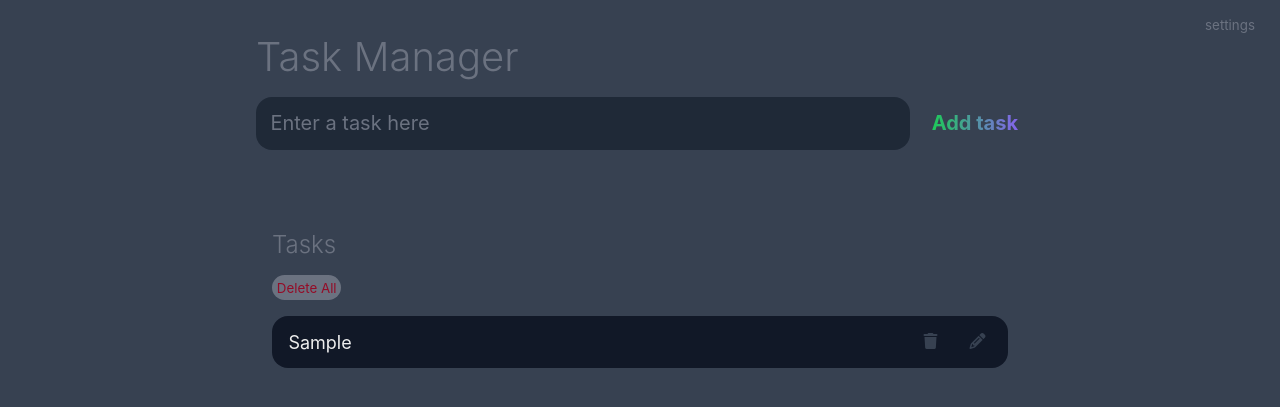
Repository: Herschenglime/todo-list-exercise
Page: index.html
These files come from the project's save history. The page is drawn as it stood at one moment and after the next save; the edit follows.
The browser window is 1280 px wide. The pictures show the whole page.
Empty fields were first filled with sample values (such as "Sample", 5 or name@example.com).
After loading, the first visible `#new-task-form` was submitted once.
Some web libraries are served in a nearby version.

Above is the page before, as saved 2022-05-27 18:36:41.

### index.html
<!DOCTYPE html>
<html lang="en">
<head>
    <meta charset="UTF-8">
    <meta http-equiv="X-UA-Compatible" content="IE=edge">
    <meta name="viewport" content="width=device-width, initial-scale=1.0">
    <title>Task Manager</title>
    <link rel="stylesheet" href="sytles.css">
    <script src="https://kit.fontawesome.com/8f66459c5a.js" crossorigin="anonymous"></script>
</head>
<body>
    <nav class="navbar">
        <div class="navbar__container">
            <button id="settings" onclick="toggleSettings()"> settings </button>
        </div>
    </nav>

    <header>
        <h1>Task Manager</h1>
        <form id="new-task-form">
            <input
                type="text"
                id="new-task-input"
                placeholder="Enter a task here" />
            <input
                type="submit"
                id="new-task-submit"
                value="Add task" />
        </form>
    </header>

    <main>
        <section class="task-list">
            <h2>Tasks</h2>
            <div class="overall">
                <button id="delete_all">Delete All</button>
                <button id="print_all">Print All</button>
                <button id="drawTasks_button">drawTasks()</button>

            </div>

            <div id="tasks"></div>
        </section>

    <div class="popup" id="settings_popup">
        <div class="overlay" onclick="toggleSettings()"></div>
        <div class="content">
            <div class="close_button" onclick="toggleSettings()">&times;</div>
            <h1>Allow Duplicates?</h1>
            <p1>Automatically delete duplicate entries?</p1>
            <div class="buttons">
                <button id="toggle_duplicates" onclick="toggleDuplicates()">toggle duplicates</button>
                <button id="joke_button">tell me a joke</button>
            </div>
        </div>
    </div>

    <script src="app.js"></script>
</body>
</html>

### sytles.css
:root {
    --dark: #374151;
    --darker: #1f2937;
    --darkest: #111827;
    --gray: #6b7280;
    --light: #EEE;
    --pink: #EC4899;
    --purple: #8B5Cf6;
    --green: #16d14e;
    --red: rgb(148, 12, 39);
}

* {
    box-sizing: border-box;
    margin: 0;
    font-family: -apple-system, BlinkMacSystemFont, 'Segoe UI', Roboto, Oxygen, Ubuntu, Cantarell, 'Open Sans', 'Helvetica Neue', sans-serif;
}

body {
    display: flex;
    flex-direction: column;
    min-height: 100vh;
    background: var(--dark);
    color: white;
}

header {
    padding: 2rem 1rem;
    max-width: 800px;
    width: 100%;
    margin: 0 auto;
}

header h1 {
    font-size: 2.5rem;
    font-weight: 300;
    color: var(--gray);
    margin-bottom: 1rem;
}

#new-task-form {
    display: flex;
}

input, button {
    appearance: none;
    border: none;
    outline: none;
    background: none;
}

#new-task-input {
    flex: 1 1 0%;
    background-color: var(--darker);
    padding: .9rem;
    border-radius: 1rem;
    margin-right: 1rem;
    color: var(--light);
    font-size: 1.25rem;
}

#new-task-input::placeholder {
    color: var(--gray);
}

#new-task-submit {
    color: var(--green);
    font-size: 1.25rem;
    font-weight: 700;
    background-image: linear-gradient(to right, var(--green), var(--purple));
    -webkit-background-clip: text;
    -webkit-text-fill-color: transparent;
    cursor: pointer;
    /* transition: 0.4s; */
}

#new-task-submit:hover {
    opacity: 0.8;
}

#new-task-submit:active {
    opacity: 0.67;
}

#settings {
    color: var(--gray);
    position: absolute;
    margin-top: 1rem;
    right: 0px;
    width: 100px;
    cursor: pointer;
}

#settings:hover {
    opacity: 0.8;
}

#settings:active {
    opacity: 0.67;
}

.popup .overlay {
    position:fixed;
    top: 0rem;
    left: 0rem;
    width: 100vw;
    height: 100vh;
    background: rgba(0, 0, 0, 0.7);
    z-index: 1;
    display: none;
}

.popup .content {
    position: absolute;
    top: 50%;
    left: 50%;
    transform: translate(-50%, -50%) scale(0);
    background: var(--gray);
    width: 35rem;
    height: 43rem;
    z-index: 2;
    text-align: center;
    padding: 2rem;
    box-sizing: border-box;
}

.popup .close_button {
    cursor: pointer;
    position: absolute;
    right: 1.5rem;
    top: 1.5rem;
    width: 2rem;
    height: 2rem;
    background: var(--darker);
    color: var(--white);
    font-size: 1.5rem;
    font-weight: .6rem;
    line-height: 2rem;
    text-align: center;
}

.popup.active .overlay {
    display:block;
}

.popup.active .content {
    transition: all 85ms ease-in-out;
    transform: translate(-50%, -50%) scale(1);
}

.popup .content .buttons #toggle_duplicates,#joke_button{
    border-radius: 1rem;
    background-color: var(--darker);
    color: var(--light);
    margin-top: 1rem;
    padding: .5rem;
    cursor: pointer;
    display: block;
    justify-content: center;
    align-items: center;

}


.overall #delete_all {
    /* display: flex;
    flex-direction: column;
    flex: 1 1 0%; */
    color: var(--red);
    background-color: var(--gray);
    padding: .3rem;
    border-radius: .8rem;
    margin-right: .5rem;
    margin-bottom: 1rem;
    cursor: pointer;
}

.overall #delete_all:hover {
    opacity: 0.8;
}

.overall #delete_all:active {
    opacity: 0.67;
}
.overall #print_all {
    color: var(--green);
    background-color: var(--gray);
    padding: .3rem;
    border-radius: .8rem;
    margin-bottom: 1rem;
    cursor: pointer;
    display: none;
}

.overall #print_all:hover {
    opacity: 0.8;
}

.overall #print_all:active {
    opacity: 0.67;
}

.overall #drawTasks_button {
    color: yellow;
    background-color: var(--gray);
    padding: .3rem;
    border-radius: .8rem;
    margin-bottom: 1rem;
    margin-left: .5rem;
    cursor: pointer;
    display: none;
}

.overall #drawTasks_button:hover {
    opacity: 0.8;
}

.overall #drawTasks_button:active {
    opacity: 0.67;
}

main {
    flex: 1 1 0%;
    padding: 2rem 1rem;
    max-width: 800px;
    width: 100%;
    margin: 0 auto;
}

.task-list {
    padding: 1rem;
}

.task-list h2 {
    font-size: 1.5rem;
    font-weight: 300;
    color: var(--gray);
    margin-bottom: 1rem;
}

#tasks .task {
    display: flex;
    justify-content: space-between;
    background-color: var(--darkest);
    padding: .9rem;
    border-radius: 1rem;
    margin-bottom: 1rem;
}

#tasks .task .content {
    flex: 1 1 0%;
}

#tasks .task .content .text {
    color: var(--light);
    font-size: 1.125rem;
    width: 100%;
    display: block;
    /* transition: 0.4s; */
}

#tasks .task .content .text:not(:read-only) {
    color: var(--green);
}

#tasks .task .actions {
    display: flex;
    margin: 0 -0.5rem;
}

.task .actions button {
    cursor: pointer;
    margin: 0 0.5rem;
    font-size: 1.125rem;
    font-weight: 700;
    text-transform: uppercase;
    /* transition: 0.4s */
}

.task .actions button:hover {
    opacity: 0.8;
}

.task .actions button:active {
    opacity: 0.67;
}

.task .actions .edit {
    color: var(--gray);
}

.task .actions .delete {
    color: var(--red);
}

.fa-pencil {
    color: var(--dark);
    margin-left: 1rem;
    margin-right: 1rem;
    cursor: pointer;
}

.fa-pencil:hover {
    opacity: 0.5;
    color: var(--light);
}

.fa-pencil:active {
    opacity: 0.67;
}

.fa-trash {
    color: var(--dark);
    margin-left: 1rem;
    margin-right: 1rem;
    cursor: pointer;
}

.fa-trash:hover {
    opacity: 0.8;
    color: var(--red);
}

.fa-trash:active {
    opacity: 0.67;
}

### app.js
var allowDuplicates = true;

window.addEventListener('load', () => {
    const form = document.querySelector("#new-task-form");
    const input = document.querySelector("#new-task-input");
    const delete_all = document.querySelector("#delete_all");
    const print_all = document.querySelector("#print_all");
    const draw_tasks = document.querySelector("#drawTasks_button");

    // array that stores all tasks in easily-accessible format, but that doesn't save upon page refresh
    let tasks = [];

    // Each task has its own HTML element, this function handles creating each element with a forEach() loop. Function also refreshes all displayed tasks when called (refreshes task list)
    function drawTasks() {

        // refresh task array based on local storage
        try {
            tasks = [];
            JSON.parse(localStorage.tasks).forEach((task) => {
                tasks.push(task);
            })
        } catch (e) {
            console.log("caught error likely due to localStorage.tasks being empty. Is this an issue?")
            // HERE IS HOW TO TELL IF THERE ARE NO TASKS
        }

        // delete all drawn tasks (prevents dupplication of drawn tasks)
        try {
            document.querySelectorAll('.task').forEach((drawnTask) => {
                drawnTask.remove();
            })
        } catch (e) {
            console.log("Failed to delete drawn tasks.")
            console.log(e)
        }

        // draw each task
        try {
            tasks.forEach((task) => {
                const list_el = document.querySelector("#tasks");

                // creates tasks
                const task_el = document.createElement("div");
                task_el.classList.add("task");
                task_el.id = task.id;

                const task_content_el = document.createElement("div");
                task_content_el.classList.add("content");

                task_el.appendChild(task_content_el);

                const task_input_el = document.createElement("input");
                task_input_el.classList.add("text");
                task_input_el.type = "text";

                // determines the displayed text
                task_input_el.value = task.taskName;
                task_input_el.setAttribute("readonly", "readonly");

                task_content_el.appendChild(task_input_el);

                // creates buttons (required to display)
                const task_actions_el = document.createElement("div");
                task_actions_el.classList.add("actions");


                const task_emoji_el = document.createElement("button");
                task_emoji_el.classList.add("emoji");
                task_emoji_el.innerHTML = "emoji";

                const task_emoji_icon = document.createElement("i");
                // creates the icon (this code is found at fontawesome.com)
                task_emoji_icon.innerHTML = '<i class="fa-solid fa-face-surprise"></i>';


                const task_edit_el = document.createElement("button");
                task_edit_el.classList.add("edit");
                task_edit_el.innerHTML = "Edit";

                const task_edit_icon = document.createElement("i");
                // creates the icon (this code is found at fontawesome.com)
                task_edit_icon.innerHTML = '<i class="fa-solid fa-pencil"></i>';

                const task_delete_icon = document.createElement("i");
                task_delete_icon.innerHTML = '<i class="fa-solid fa-trash""></i>';

                task_actions_el.appendChild(task_edit_icon);
                task_actions_el.appendChild(task_delete_icon);
                task_actions_el.appendChild(task_edit_icon);

                task_el.appendChild(task_actions_el);

                list_el.appendChild(task_el);

                // edit button functionality
                task_edit_icon.addEventListener('click', () => {
                    task_input_el.removeAttribute("readonly");
                    task_input_el.focus();

                    document.addEventListener('keydown', function(event){
                        if(event.key === "Enter"){
                            task_input_el.setAttribute("readonly", "readonly")

                            tasks[getIndexById(task_el.id)].taskName = task_input_el.value;
                            localStorage.setItem("tasks", JSON.stringify(tasks));

                            drawTasks();
                        }
                    });
                });

                // delete button functionality
                task_delete_icon.addEventListener('click', () => {
                        var tempLocalStorageDelete = JSON.parse(localStorage.getItem("tasks"));

                        tempLocalStorageDelete.splice(getIndexById(task_el.id), 1);

                        localStorage.setItem("tasks", JSON.stringify(tempLocalStorageDelete))

                        drawTasks();
                    });
                })

        } catch (e) {
            console.log("failed to draw tasks, error:");
            console.log(e);
        }
    };

    // drawTasks when page is first loaded
    drawTasks();

    // adding tasks
    form.addEventListener('submit', (e) => {
        e.preventDefault();

        // prevent duplicates (if enabled)
        var tempDupToggle;
        tasks.forEach((task) => {
            if (task.taskName == input.value && !allowDuplicates) {
                alert("duplicate task entered!")
                input.value = "";
                tempDupToggle = true;
                return;
            }
        })

        // prevent blank tasks
        if (!input.value) {
            if (tempDupToggle) {
                tempDupToggle = !tempDupToggle;
                return;
            }
            alert("no text entered");
            return;
        }

        // create task object
        const taskObj = {
            taskName:input.value,
            status:"TEMP",
            id: Math.floor(Date.now() + Math.random()),
            priority: "TEMP"
        }

       // append individual task to tasks array, then update localStorage to match
        tasks.push(taskObj);
        localStorage.setItem("tasks", JSON.stringify(tasks));

        // clear input field
        input.value = "";

        // refresh tasks by calling drawTask function so that new task is displayed
        drawTasks();

    });

    // delete_all functionality
    delete_all.addEventListener('click', () => {
        console.log("Local storage cleared.");
        localStorage.clear();
        drawTasks();
    });

    // print all functionality
    print_all.addEventListener('click', () => {
        try {
            console.log("session tasks array:")
            console.log(tasks)
            console.log("local storage:")
            console.log(JSON.parse(localStorage.tasks))
            console.log("========")
        } catch (e) {
            console.log("No tasks in local storage.")
        }
    });

    // drawTasks dev button functionality
    draw_tasks.addEventListener('click', () => {
        drawTasks();
    });

});

// temp settings popup functionality
function toggleSettings() {
    document.getElementById("settings_popup").classList.toggle("active");
}

// allow user to use escape to toggle settings (note that this should be updated as it's currently constantly checking for escape, it should only check when the settings is opened)
document.addEventListener('keydown', function(event){
	if(event.key === "Escape"){
        document.getElementById("settings_popup").classList.toggle("active");
	}
});

function toggleDuplicates() {
    console.log("user wants to toggle duplicates!")
    allowDuplicates = !allowDuplicates;
    console.log(allowDuplicates)
}

// my saving-grace function that I somehow was able to figure out at 3:30 AM
function getIndexById(Id) {
    var tempLocalStorage = JSON.parse(localStorage.getItem("tasks"))
    var target;

    for (var i = 0; i < tempLocalStorage.length; i++) {
        var item = tempLocalStorage[i];
        if (item.id == Id) {
            target = i;
        }
    }
    return target;
}


// gpt-j fetch request for joke button
function testAPI() {
    fetch("https://api.ai21.com/studio/v1/j1-jumbo/complete", {
      headers: {
        "Authorization": "Bearer X9U5ZKe7tI7oe5ni0zPLyIUo3w19xJCS",
        "Content-Type": "application/json"
      },
      body: JSON.stringify({
          "prompt": "Joke: ",
          "numResults": 1,
          "maxTokens": 64,
          "temperature": 0.7,
          "topKReturn": 0,
          "topP":1,
          "countPenalty": {
            "scale": 0,
            "applyToNumbers": false,
            "applyToPunctuations": false,
            "applyToStopwords": false,
            "applyToWhitespaces": false,
            "applyToEmojis": false
          },
          "frequencyPenalty": {
            "scale": 0,
            "applyToNumbers": false,
            "applyToPunctuations": false,
            "applyToStopwords": false,
            "applyToWhitespaces": false,
            "applyToEmojis": false
          },
          "presencePenalty": {
            "scale": 0,
            "applyToNumbers": false,
            "applyToPunctuations": false,
            "applyToStopwords": false,
            "applyToWhitespaces": false,
            "applyToEmojis": false
          },
          "stopSequences":["\n"]
        }),
      method: "POST"
    }).then(response => response.json()).then(data => {
        alert(data.completions[0].data.text)
    });
}

After the next save:
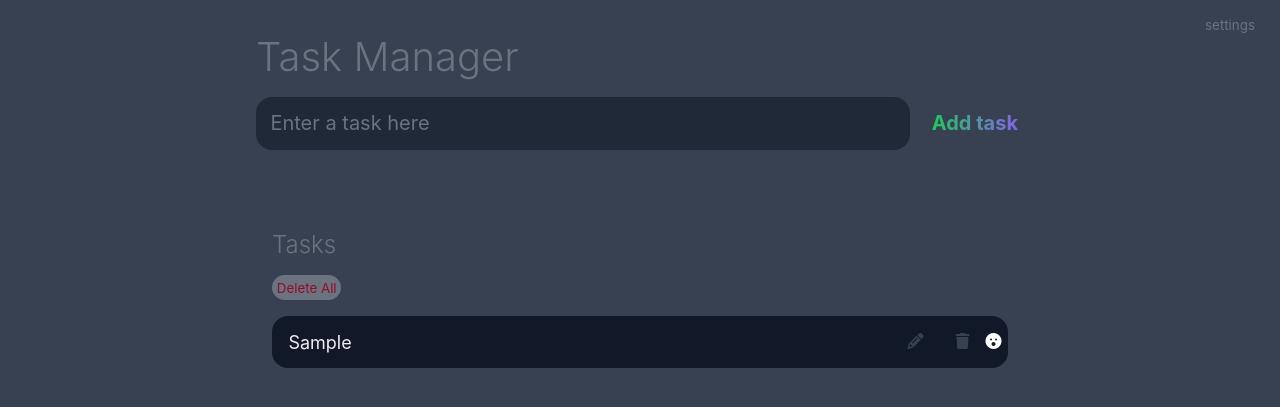
Saved 11 s later.
--- a/app.js
+++ b/app.js
@@ -86,7 +86,7 @@ window.addEventListener('load', () => {
 
                 task_actions_el.appendChild(task_edit_icon);
                 task_actions_el.appendChild(task_delete_icon);
-                task_actions_el.appendChild(task_edit_icon);
+                task_actions_el.appendChild(task_emoji_icon);
 
                 task_el.appendChild(task_actions_el);
 
